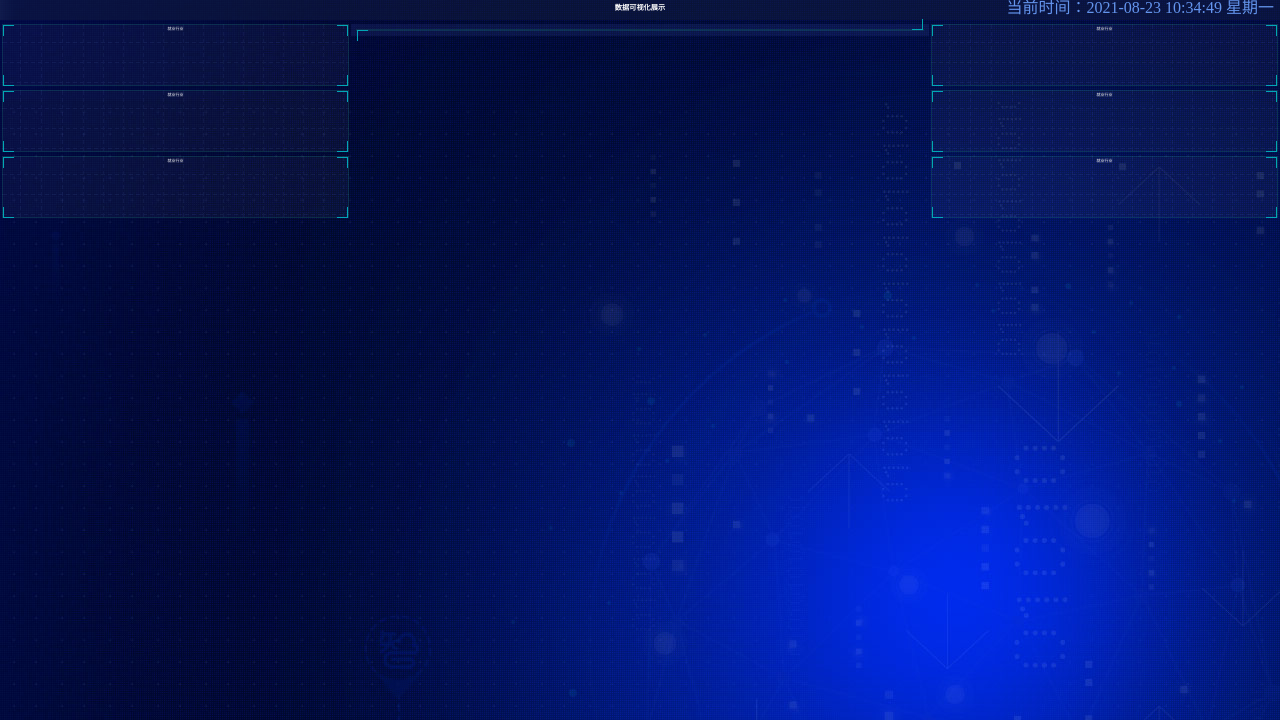
Repository: jiang-1990/DataVM
Page: /
The author's editor kept a copy of each file at every save. The page is drawn from the files as they stood at one save, then again after the next save.
The browser window is 1280 px wide. The pictures show the whole page.
The project was rebuilt for these pictures with package versions that can differ from the ones it lists, and the page was loaded fresh each time.

Above is the page before, as saved 2021-08-23 15:31:04.

### index.html
<!DOCTYPE html>
<html>
  <head>
    <meta charset="utf-8">
    <meta name="viewport" content="width=device-width,initial-scale=1.0">
    <title>mydatam</title>
  </head>
  <body>
    <div id="app"></div>
    <!-- built files will be auto injected -->
  </body>
</html>

### src/App.vue
<template>
  <div id="app">
    <router-view/>
  </div>
</template>

<script>
export default {
  name: 'App'
}
</script>

<style>
body{
  margin: 0;
  padding: 0;
}
#app ,body,html{
  height: 100%;
  background-image: url('assets/bg.jpg') ;
  background-Repeat : 'no-repeat';
  background-Size : '100% 100%';
}
</style>

### src/router/index.js
import Vue from 'vue'
import Router from 'vue-router'
import bigScreen from '@/components/bigScreen'

Vue.use(Router)

export default new Router({
  routes: [
    {
      path: '/',
      name: 'bigScreen',
      component: bigScreen
    }
  ]
})

### src/components/bigScreen.vue
<template>
  <div>
    <div class="top">
      <h1>数据可视化展示</h1>
      <span class="time">当前时间：{{date | dateFormat}}</span>
    </div>
    <div class="mainBox">
      <div class="culonm">
        <div class="panl bar">
          <h2>就业行业</h2>
          <div class="chart"></div>
          <div class="zhuanjiao"></div>
        </div>

        <div class="panl line">
          <h2>就业行业</h2>
          <div class="chart"></div>
          <div class="zhuanjiao"></div>
        </div>

        <div class="panl pie">
          <h2>就业行业</h2>
          <div class="chart"></div>
          <div class="zhuanjiao"></div>
        </div>
      </div>
      <div class="culonm">
        <div class="num">
          <div class="num-hd">

          </div>
          <div class="num-bd"></div>
        </div>
        <div class="map"></div>
      </div>
      <div class="culonm">
        <div class="panl bar">
          <h2>就业行业</h2>
          <div class="chart"></div>
          <div class="zhuanjiao"></div>
        </div>

        <div class="panl line">
          <h2>就业行业</h2>
          <div class="chart"></div>
          <div class="zhuanjiao"></div>
        </div>

        <div class="panl pie">
          <h2>就业行业</h2>
          <div class="chart"></div>
          <div class="zhuanjiao"></div>
        </div>
      </div>
    </div>
    <!-- <div id="myChart" style="width:1920px; height: 400px;"></div> -->
  </div>
</template>

<script>
// 引入echarts
var echarts = require('echarts')
export default {
  data () {
    return {
      date: new Date(),//当前日期
    }
  },
  // 定义一个局部的过滤器，格式化当前时间
  filters: {
    dateFormat: (dateTime) => {
      var now = new Date(dateTime)
      var y = now.getFullYear()
      var m = (now.getMonth() + 1).toString().padStart(2, '0')
      var d = now.getDate().toString().padStart(2, '0')
      var hh = now.getHours().toString().padStart(2, '0')
      var mm = now.getMinutes().toString().padStart(2, '0')
      var ss = now.getSeconds().toString().padStart(2, '0')
      let week = now.getDay(); // 星期
      let weekArr = [ "星期日", "星期一", "星期二", "星期三", "星期四", "星期五", "星期六" ];
      // 过滤器中要有返回值
      return `${y}-${m}-${d} ${hh}:${mm}:${ss} ${weekArr[week]}`
    }
  },
  mounted(){
    //this.createchart()
    var _this = this;
    this.timer = setInterval(() => {
	    _this.date = new Date(); // 修改日期数据
    }, 1000);

  },
  created() {

  },
  methods:{
    // createchart(){
    //   var myChart = echarts.init(document.getElementById('myChart'))
    //   console.log(myChart)
    //   var option = {
    //         title:{
    //             text:'ECharts 数据统计'
    //         },
    //         tooltip:{},
    //         legend:{
    //             data:['用户来源']
    //         },
    //         xAxis:{
    //             data:["Android","IOS","PC","Ohter"]
    //         },
    //         yAxis:{

    //         },
    //         series:[{
    //             name:'访问量',
    //             type:'line',
    //             data:[500,200,360,100]
    //         }]
    //     };

    //     //使用制定的配置项和数据显示图表
    //     myChart.setOption(option);
    // },
  }
}
</script>

<style scoped>
@import '../css/bigScreen.css';
</style>

### src/css/bigScreen.css
* {
  margin: 0;
  padding: 0;
  box-sizing: border-box;
}
li {
  list-style-type: none;
}
.top {
  height: 1.25rem;
  background: url(../assets/head_bg.png) no-repeat;
  box-sizing: 100% 100%;
  position: relative;
}
.top h1 {
  font-size: 0.45rem;
  line-height: 1rem;
  color: #ffffff;
  text-align: center;
}
.top .time {
  line-height: 0.9375rem;
  position: absolute;
  right: 0.375rem;
  top: 0;
  color: cornflowerblue;
}
.mainBox {
  min-width: 1024px;
  max-width: 1920px;
  margin: 0 auto;
  display: flex;
  padding: 0.25rem 0.125rem 0;
}
.mainBox .culonm {
  flex: 3;
}
.mainBox .culonm:nth-child(2) {
  flex: 5;
  margin: 0 0.125rem 0.1875rem;
}
.mainBox .panl {
  position: relative;
  height: 3.875rem;
  border: 0.0125rem solid rgba(25, 186, 139, 0.17);
  background: url(../assets/line.png) rgba(255, 255, 255, 0.03);
  padding: 0 0.1875rem 0.25rem;
  margin-bottom: 0.25rem;
}
.mainBox .panl::before {
  position: absolute;
  top: 0;
  left: 0;
  width: 10px;
  height: 10px;
  border-left: 1px solid #02a6b5;
  border-top: 1px solid #02a6b5;
  content: "";
}
.mainBox .panl::after {
  position: absolute;
  top: 0;
  right: 0;
  width: 10px;
  height: 10px;
  border-right: 1px solid #02a6b5;
  border-top: 1px solid #02a6b5;
  content: "";
}
.mainBox .panl .zhuanjiao {
  width: 100%;
  height: 10px;
  position: absolute;
  bottom: 0px;
  left: 0;
}
.mainBox .panl .zhuanjiao::before {
  position: absolute;
  top: 0;
  left: 0;
  width: 10px;
  height: 10px;
  border-left: 1px solid #02a6b5;
  border-bottom: 1px solid #02a6b5;
  content: "";
}
.mainBox .panl .zhuanjiao::after {
  position: absolute;
  top: 0;
  right: 0;
  width: 10px;
  height: 10px;
  border-right: 1px solid #02a6b5;
  border-bottom: 1px solid #02a6b5;
  content: "";
}
.mainBox .panl h2 {
  font-size: 0.25rem;
  color: #ffffff;
  line-height: 0.5rem;
  text-align: center;
  height: 0.5rem;
  font-weight: 400;
}
.mainBox .panl .chart {
  height: 3.25rem;
}
.mainBox .num {
  background: rgba(101, 132, 226, 0.1);
  padding: 0.1875rem;
}
.mainBox .num .num-hd {
  position: relative;
  margin: 0.125rem;
  border: 1px solid rgba(25, 186, 139, 0.17);
}
.mainBox .num .num-hd::before {
  position: absolute;
  top: 0;
  left: 0;
  width: 10px;
  height: 10px;
  border-left: 1px solid #02a6b5;
  border-top: 1px solid #02a6b5;
  content: "";
}
.mainBox .num .num-hd::after {
  position: absolute;
  bottom: 0;
  right: 0;
  width: 10px;
  height: 10px;
  border-right: 1px solid #02a6b5;
  border-bottom: 1px solid #02a6b5;
  content: "";
}
.mainBox .num .num-hd ul {
  display: flex;
}
.mainBox .num .num-hd ul li {
  flex: 1;
  line-height: 1rem;
  font-size: 0.875rem;
  color: #ffeb7b;
  text-align: center;
  font-family: electronicFont;
}
.mainBox .num .num-hd ul li:nth-child(1) {
  position: relative;
}
.mainBox .num .num-hd ul li:nth-child(1)::after {
  position: absolute;
  top: 25%;
  right: 0;
  height: 50%;
  border-right: 1px solid #02a6b5;
  content: "";
}
.mainBox .num .num-bd {
  position: relative;
}
.mainBox .num .num-bd ul {
  display: flex;
}
.mainBox .num .num-bd ul li {
  flex: 1;
  line-height: 0.5rem;
  font-size: 0.225rem;
  color: rgba(255, 255, 255, 0.7);
  text-align: center;
}
.mainBox .map {
  height: 10.125rem;
  position: relative;
}
.mainBox .map .map1 {
  width: 6.475rem;
  height: 6.475rem;
  position: absolute;
  top: 50%;
  left: 50%;
  transform: translate(-50%, -50%);
  background: url(../assets/map.png);
  background-size: 100% 100%;
  opacity: 0.3;
}
.mainBox .map .map2 {
  width: 8.0375rem;
  height: 8.0375rem;
  position: absolute;
  top: 50%;
  left: 50%;
  transform: translate(-50%, -50%);
  background: url(../assets/lbx.png);
  background-size: 100% 100%;
  animation: rotatel1 20s linear infinite;
  opacity: 0.6;
}
@keyframes rotatel1 {
  from {
    transform: translate(-50%, -50%) rotate(0deg);
  }
  to {
    transform: translate(-50%, -50%) rotate(360deg);
  }
}
.mainBox .map .map3 {
  width: 7.075rem;
  height: 7.075rem;
  position: absolute;
  top: 50%;
  left: 50%;
  transform: translate(-50%, -50%);
  background: url(../assets/jt.png);
  background-size: 100% 100%;
  animation: rotatel2 15s linear infinite;
  opacity: 0.6;
}
@keyframes rotatel2 {
  from {
    transform: translate(-50%, -50%) rotate(0deg);
  }
  to {
    transform: translate(-50%, -50%) rotate(-360deg);
  }
}
.mainBox .map .chart {
  height: 10.125rem;
}

Loaded but not shown: src/main.js (common file)

After the next save:
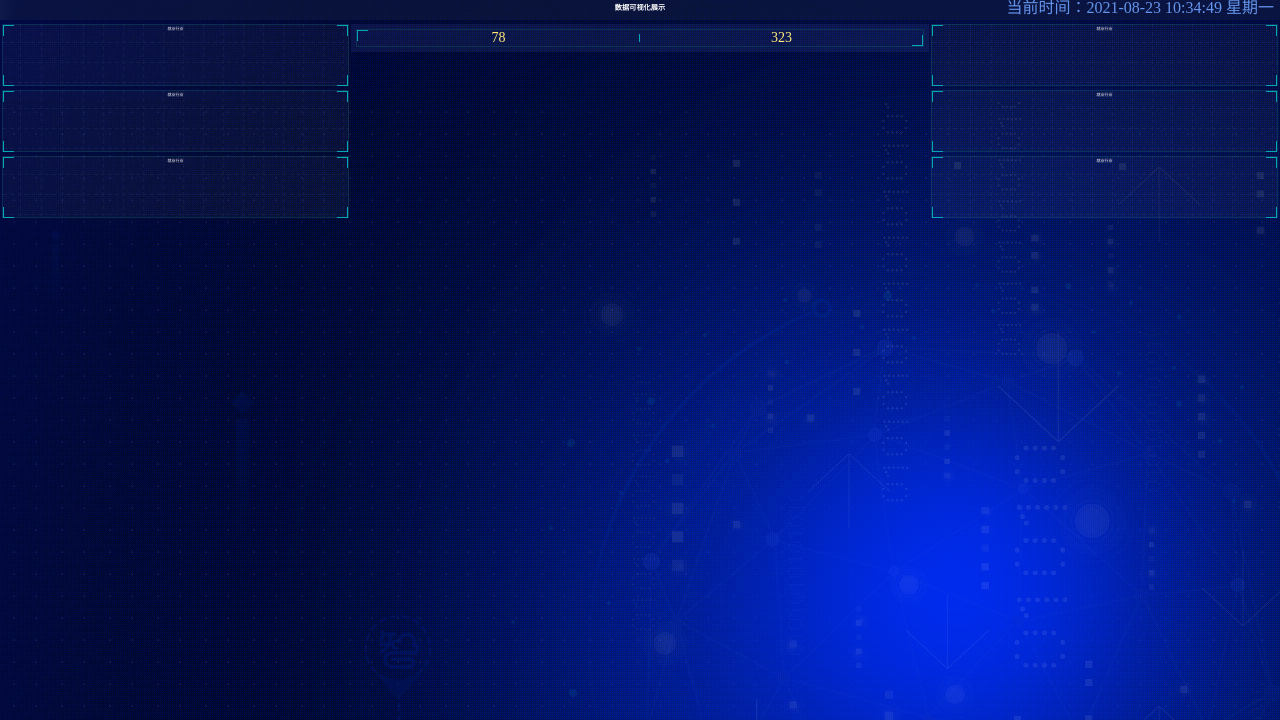
Saved 67 s later.
--- a/src/components/bigScreen.vue
+++ b/src/components/bigScreen.vue
@@ -27,7 +27,10 @@
       <div class="culonm">
         <div class="num">
           <div class="num-hd">
-
+            <ul>
+              <li>78</li>
+              <li>323</li>
+            </ul>
           </div>
           <div class="num-bd"></div>
         </div>
